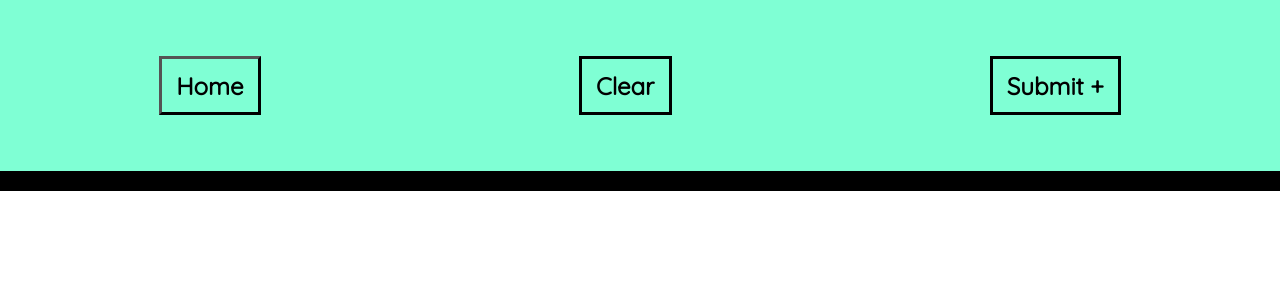
Repository: rickypcyt/WebMural
Page: /
An editor plug-in stored every save of this project. The page is shown before and after a run of saves, followed by the edit.
The browser window is 1280 px wide. The pictures show the whole page.
The pointer rests on the first visible `.oli`.
The project was rebuilt for these pictures with package versions that can differ from the ones it lists, and the page was loaded fresh each time.

Above is the page before, as saved 2022-09-12 13:31:33.

After the next 2 saves:
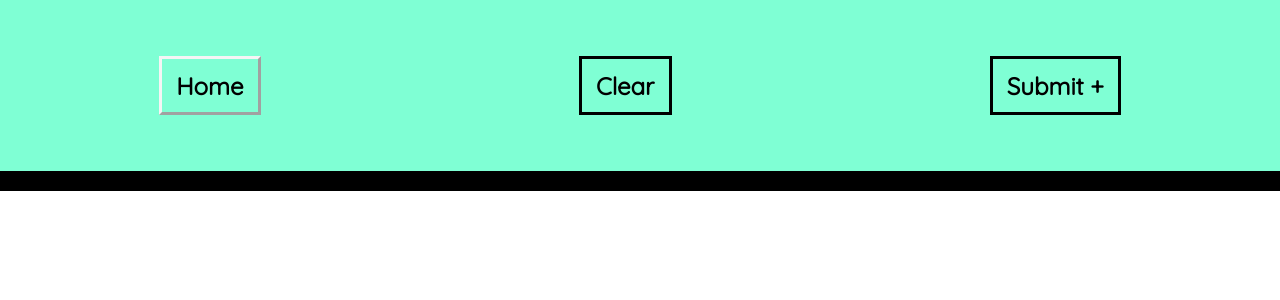
The 2 saves are shown as one change because they came seconds apart.
The last was saved 8 s later.
--- a/src/index.css
+++ b/src/index.css
@@ -71,7 +71,7 @@ ol {
 .oli:hover {
   color: black;
   border-style: outset;
-  border-color: black;
+  border-color: whitesmoke;
 }
 .page {
   padding-top: 2%;
